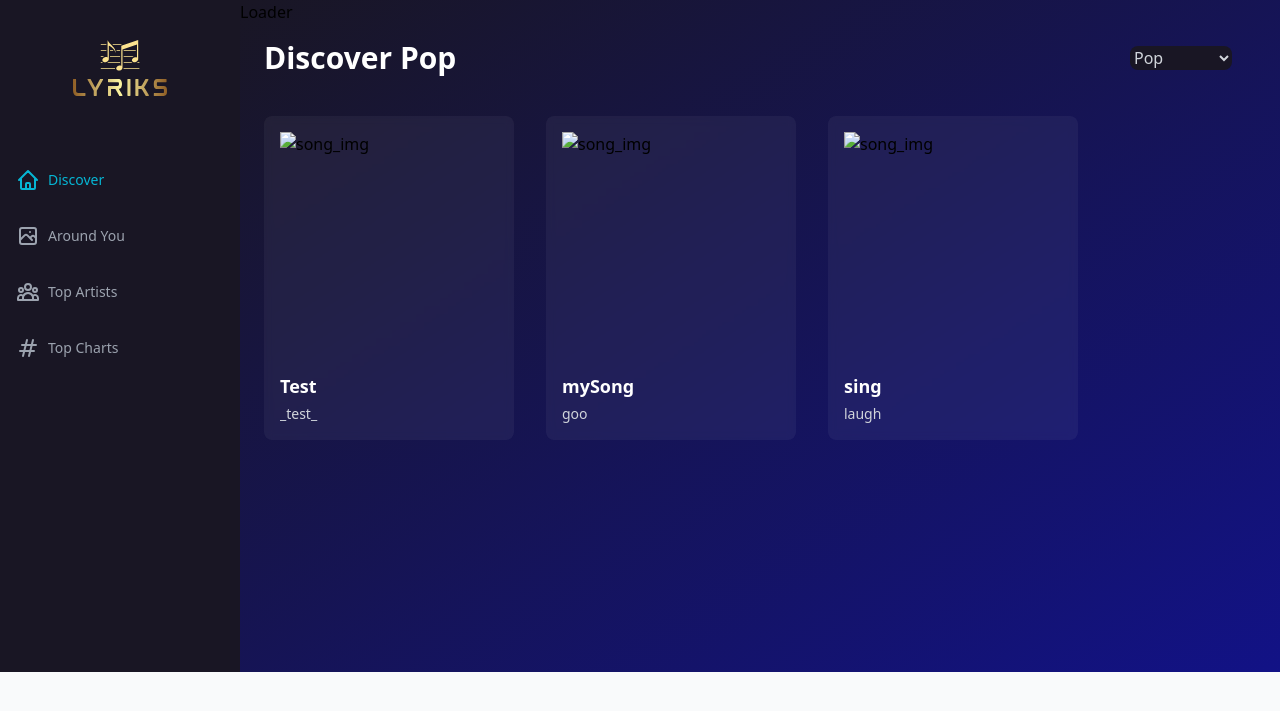
Repository: Chris24T/Dotify
Page: /
These files come from the project's save history. The page is drawn as it stood at one moment and after the next save; the edit follows.
The browser window is 1280 px wide. The pictures show the whole page.
The project was rebuilt for these pictures with package versions that can differ from the ones it lists, and the page was loaded fresh each time. Also part of the build but not shown: vite.config.js, src/components/ArtistCard.jsx, src/components/DetailsHeader.jsx, src/components/SongBar.jsx, src/components/RelatedSongs.jsx, src/components/MusicPlayer/Controls.jsx, src/components/MusicPlayer/Player.jsx, src/components/MusicPlayer/Seekbar.jsx and 11 more.

Above is the page before, as saved 2022-12-04 20:30:28.

After the next save:
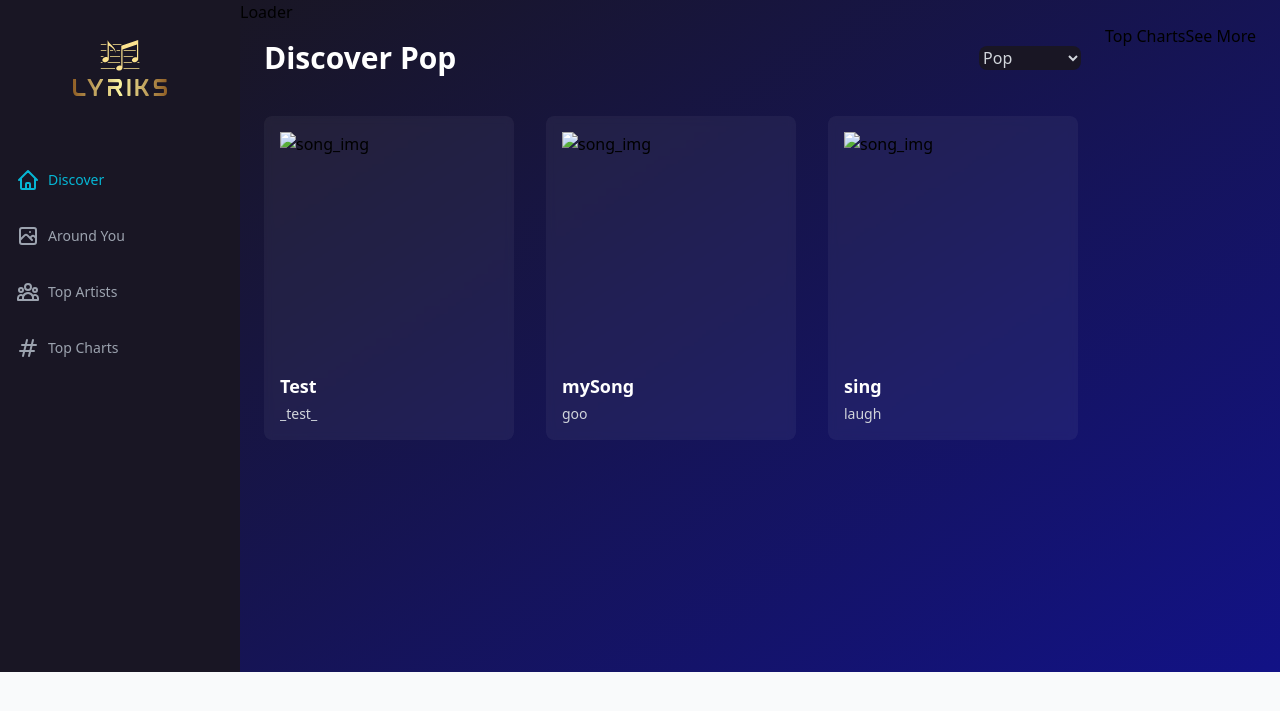
Saved 45 s later.
--- a/src/components/TopPlay.jsx
+++ b/src/components/TopPlay.jsx
@@ -36,7 +36,14 @@ const TopPlay = () => {
       className="xl:ml-6 ml-0 xl:mb-0 mb-6 flex-1 xl:max-w-[500px] mx-w-full flex flex-col"
       ref={divRef}
     >
-      <div className="w-full flex flex-col"></div>
+      <div className="w-full flex flex-col">
+        <div className="flex flex-row justify-between items-center">
+          <h2>Top Charts</h2>
+          <Link to="/top-charts">
+            <p>See More</p>
+          </Link>
+        </div>
+      </div>
     </div>
   );
 };
